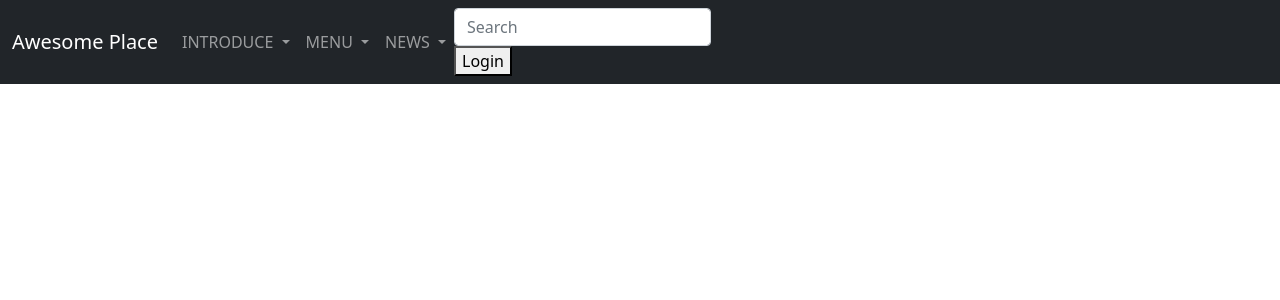
Repository: sikim0629/AwesomePlace
Page: http://localhost/awesomePlace/main.jsp
These files come from the project's save history. The page is drawn as it stood at one moment and after the next save; the edit follows.
The browser window is 1280 px wide. The pictures show the whole page.
The page is served by Tomcat 9. Nobody is signed in. The application's start-up code is not run. Other server files are loaded and not shown.

Above is the page before, as saved 2021-11-12 09:57:56.

### awesomePlace/WebContent/main.jsp
<%@ page language="java" contentType="text/html; charset=UTF-8"
    pageEncoding="UTF-8"%>
<!DOCTYPE html>
<html>
<head>
<meta charset="UTF-8">
<title>Insert title here</title>
</head>
<body>
<%@ include file = "/header.jsp" %>



<%@ include file = "/footer.jsp" %>

</body>
</html>

### awesomePlace/WebContent/header.jsp
<%@ page language="java" contentType="text/html; charset=UTF-8"
    pageEncoding="UTF-8"%>
<!doctype html>
<html lang="en">
  <head>
    <!-- Required meta tags -->
    <meta charset="utf-8">
    <meta name="viewport" content="width=device-width, initial-scale=1">

    <!-- Bootstrap CSS -->
    <link href="https://cdn.jsdelivr.net/npm/bootstrap@5.1.3/dist/css/bootstrap.min.css" rel="stylesheet" integrity="sha384-1BmE4kWBq78iYhFldvKuhfTAU6auU8tT94WrHftjDbrCEXSU1oBoqyl2QvZ6jIW3" crossorigin="anonymous">

    <title>어썸플레이스</title>
  </head>
  <body>
	<nav class="navbar navbar-expand-lg navbar-dark bg-dark">
  		<div class="container-fluid">
    		<a class="navbar-brand" href="/index.html">Awesome Place</a>
    		<button class="navbar-toggler" type="button" data-bs-toggle="collapse" data-bs-target="#navbarNavDropdown" aria-controls="navbarNavDropdown" aria-expanded="false" aria-label="Toggle navigation">
      			<span class="navbar-toggler-icon"></span>
    		</button>
	    <div class="collapse navbar-collapse" id="navbarNavDropdown">
	      <ul class="navbar-nav">
	        <li class="nav-item dropdown">
	          <a class="nav-link dropdown-toggle" href="#" id="navbarDropdownMenuLink" role="button" data-bs-toggle="dropdown" aria-expanded="false">
	            INTRODUCE
	          </a>
	          <ul class="dropdown-menu" aria-labelledby="navbarDropdownMenuLink">
	            <li><a class="dropdown-item" href="#">카페소개</a></li>
	            <li><a class="dropdown-item" href="#">매장찾기</a></li>
	          </ul>
	        </li>
	        <li class="nav-item dropdown">
	          <a class="nav-link dropdown-toggle" href="#" id="navbarDropdownMenuLink" role="button" data-bs-toggle="dropdown" aria-expanded="false">
	            MENU
	          </a>
	          <ul class="dropdown-menu" aria-labelledby="navbarDropdownMenuLink">
	            <li><a class="dropdown-item" href="#">COFFEE</a></li>
	            <li><a class="dropdown-item" href="#">TEA</a></li>
	            <li><a class="dropdown-item" href="#">JUICE</a></li>
	          </ul>
	        </li>
	        <li class="nav-item dropdown">
	          <a class="nav-link dropdown-toggle" href="#" id="navbarDropdownMenuLink" role="button" data-bs-toggle="dropdown" aria-expanded="false">
	            NEWS
	          </a>
	          <ul class="dropdown-menu" aria-labelledby="navbarDropdownMenuLink">
	            <li><a class="dropdown-item" href="#">공지사항</a></li>
	            <li><a class="dropdown-item" href="#">이달의 이벤트</a></li>
	            <li><a class="dropdown-item" href="#">이달의 메뉴</a></li>
	          </ul>
	        </li>
	      </ul>
		    	<form class="form-inline my-2 my-lg-0">
			      <input class="form-control mr-sm-2" type="search" placeholder="Search" aria-label="Search">
			      <button class="button" type="submit">Login</button>
			    </form>
	    </div>
	  </div>
</nav>

    <script src="https://cdn.jsdelivr.net/npm/bootstrap@5.1.3/dist/js/bootstrap.bundle.min.js" integrity="sha384-ka7Sk0Gln4gmtz2MlQnikT1wXgYsOg+OMhuP+IlRH9sENBO0LRn5q+8nbTov4+1p" crossorigin="anonymous"></script>

  </body>
</html>

Loaded but not shown: awesomePlace/WebContent/footer.jsp (common file)

After the next save:
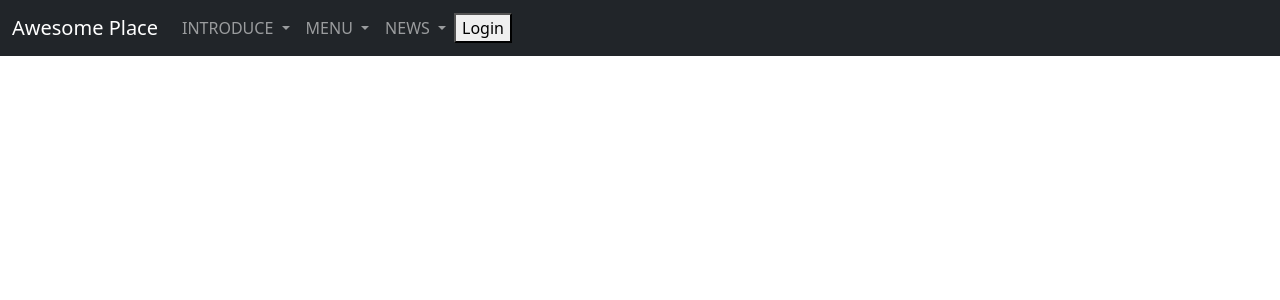
Saved 2 s later.
--- a/awesomePlace/WebContent/header.jsp
+++ b/awesomePlace/WebContent/header.jsp
@@ -52,7 +52,6 @@
 	        </li>
 	      </ul>
 		    	<form class="form-inline my-2 my-lg-0">
-			      <input class="form-control mr-sm-2" type="search" placeholder="Search" aria-label="Search">
 			      <button class="button" type="submit">Login</button>
 			    </form>
 	    </div>
